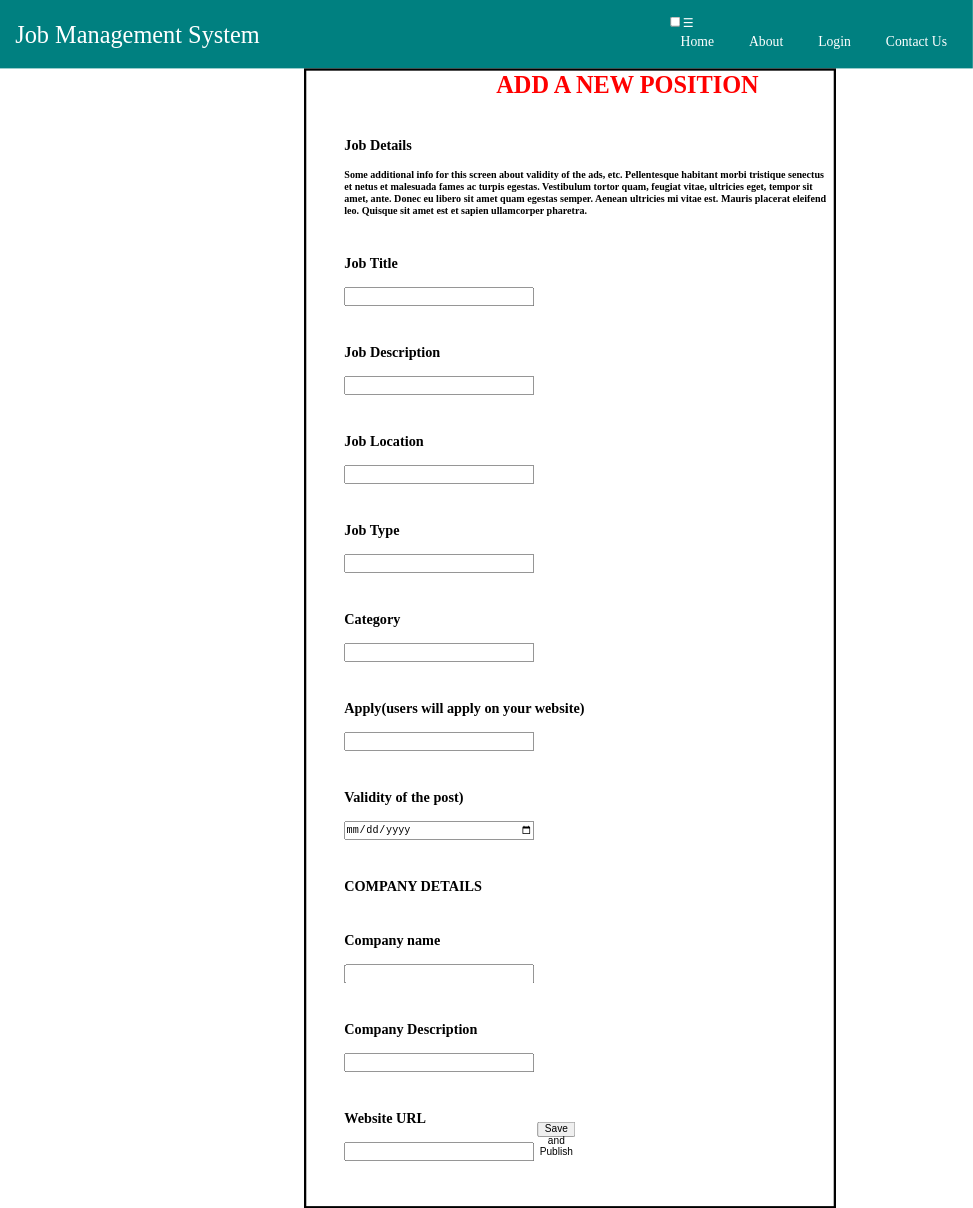
Repository: PrinceKumawat1109/JFSD
Page: http://localhost/Job-management/newposition.jsp
These files come from the project's save history. The page is drawn as it stood at one moment and after the next save; the edit follows.
The browser window is 1280 px wide. The pictures show the whole page, at 76% of full size.
The page is served by Tomcat 9. Other server files are loaded and not shown.

Above is the page before, as saved 2022-10-29 21:43:10.

### Job-management/src/main/webapp/newposition.jsp
<%@ page language="java" contentType="text/html; charset=UTF-8"
    pageEncoding="UTF-8"%>
<!DOCTYPE html>
<html>
<head>
<meta charset="UTF-8">
<title>New Position</title>
<jsp:include page="navbar2.jsp" />
<style>
.card{
height: 1500px;
width: 700px;
border-style: solid;
margin-left: 400px;
}

</style>
</head>
<body>
<div class="card">
<h1 style=" color: red; margin-left: 250px;">ADD A NEW POSITION</h1>
	<h3 style="margin-left: 50px; margin-top: 50px;">Job Details</h3>
	<h5 style="margin-left: 50px; margin-top: 20px;">Some additional info for this screen about validity of the ads, etc. Pellentesque habitant morbi tristique senectus et netus et malesuada fames ac turpis egestas. Vestibulum tortor quam, feugiat vitae, ultricies eget, tempor sit amet, ante. Donec eu libero sit amet quam egestas semper. Aenean ultricies mi vitae est. Mauris placerat eleifend leo. Quisque sit amet est et sapien ullamcorper pharetra.</h5>
	<h3 style="margin-left: 50px; margin-top: 50px;">Job Title</h3>
	<input style="margin-left: 50px; margin-top: 20px; height: 25px; width: 250px;" type="text" id="t1"/>


	<h3 style="margin-left: 50px; margin-top: 50px;">Job Description</h3>
	<input style="margin-left: 50px; margin-top: 20px; height: 25px; width: 250px;" type="text" id="t2"/>


	<h3 style="margin-left: 50px; margin-top: 50px;">Job Location</h3>
	<input style="margin-left: 50px; margin-top: 20px; height: 25px; width: 250px;" type="text" id="t3"/>
	<h3 style="margin-left: 50px; margin-top: 50px;">Job Type</h3>
	<input style="margin-left: 50px; margin-top: 20px; height: 25px; width: 250px;" type="text" id="t4"/>
	<h3 style="margin-left: 50px; margin-top: 50px;">Category</h3>
	<input style="margin-left: 50px; margin-top: 20px; height: 25px; width: 250px;" type="text" id="t5"/>
	<h3 style="margin-left: 50px; margin-top: 50px;">Apply(users will apply on your website)</h3>
	<input style="margin-left: 50px; margin-top: 20px; height: 25px; width: 250px;" type="text" id="t6"/>
	<h3 style="margin-left: 50px; margin-top: 50px;">Validity of the post)</h3>
	<input style="margin-left: 50px; margin-top: 20px; height: 25px; width: 250px;" type="date" id="t7"/>
	<h3 style="margin-left: 50px; margin-top: 50px;">COMPANY DETAILS</h3>
	<h3 style="margin-left: 50px; margin-top: 50px;">Company name</h3>
	<input style="margin-left: 50px; margin-top: 20px; height: 25px; width: 250px;" type="text" id="t8"/>
	<h3 style="margin-left: 50px; margin-top: 50px;">Company Description</h3>
	<input style="margin-left: 50px; margin-top: 20px; height: 25px; width: 250px;" type="text" id="t9"/>
	<h3 style="margin-left: 50px; margin-top: 50px;">Website URL</h3>
	<input style="margin-left: 50px; margin-top: 20px; height: 25px; width: 250px;" type="text" id="t10"/>
	<button style="height: 20px; width: 50px; margin-top: -10px;" onclick="save1()">Save and Publish</button>
	</div>
	<!--<h2>ADD A NEW POSTION</h2>
	<h4>Job Details</h4>
	<p>Some additional info for this screen about validity of the ads, etc. Pellentesque habitant morbi tristique senectus et netus et malesuada fames ac turpis egestas. Vestibulum tortor quam, feugiat vitae, ultricies eget, tempor sit amet, ante. Donec eu libero sit amet quam egestas semper. Aenean ultricies mi vitae est. Mauris placerat eleifend leo. Quisque sit amet est et sapien ullamcorper pharetra.</p>
	<h5>Job Title</h5>
	<input type="text" id="t1"/>
	<h5>Job Description</h5>
	<input type="text" id="t2"/>
	<h5>Job Location</h5>
	<input type="text" id="t3"/>
	<h5>Job Type</h5>
	<input type="text" id="t4"/>
	<h5>Category</h5>
	<input type="text" id="t5"/>
	<h5>Apply(users will apply on your website)</h5>
	<input type="text" id="t6"/>
	<h5>Validity of the post</h5>
	<input type="date" id="t7"/>
	<h5>COMPANY DETAILS</h5>
	<h6>Company name</h6>
	<input type="text" id="t8"/>
	<h6>Company Description</h6>
	<input type="text" id="t9"/>
	<h6>Website</h6>
	<input type="text" id="t10"/>
	<input type="checkbox" id="t11">
	<p> I agree with the Terms and conditions.</p>-->
	<script type="text/javascript">
function save1()
{
	var xhtml = new XMLHttpRequest();
	var url = "http://localhost:8080/api/new/register/";
	xhtml.open("POST", url, true);
	xhtml.setRequestHeader('Content-Type','application/json');

	var t1 = document.getElementById("t1");
	var t2 = document.getElementById("t2");
	var t3 = document.getElementById("t3");
	var t4 = document.getElementById("t4");
	var t5 = document.getElementById("t5");
	var t6 = document.getElementById("t6");
	var t7 = document.getElementById("t7");
	var t8 = document.getElementById("t8");
	var t9 = document.getElementById("t9");
	var t10 = document.getElementById("t10");

	xhtml.send(JSON.stringify({
		jobtitle : t1.value,
		jobdes : t2.value,
		loc : t3.value,
		type : t4.value,
		category : t5.value,
		url : t6.value,
		date : t7.value,
		comname : t8.value,
		comdes : t9.value,
		website : t10.value
	}));

	xhtml.onreadystatechange = function()
	{
		if(this.readyState == 4 && this.status == 200)
			lbl.innerText = this.responseText;
			window.location="http://localhost:8080/dashboard.jsp";
	};
}
</script>
</body>
</html>

### Job-management/src/main/webapp/navbar2.jsp
<!DOCTYPE html>
<html lang="en">
 <head>
   <meta charset="UTF-8" />
   <meta http-equiv="X-UA-Compatible" content="IE=edge" />
   <meta name="viewport" content="width=device-width, initial-scale=1.0" />
   <style>

    /* UTILITIES */
* {
 margin: 0;
 padding: 0;
 box-sizing: border-box;
}
body {
 font-family: cursive;
}
a {
 text-decoration: none;
}
li {
 list-style: none;
}

/* NAVBAR STYLING STARTS */
.navbar {
 display: flex;
 align-items: center;
 justify-content: space-between;
 padding: 20px;
 background-color: teal;
 color: #fff;
}
.nav-links a {
 color: #fff;
}
/* LOGO */
.logo {
 font-size: 32px;
}
/* NAVBAR MENU */
.menu {
 display: flex;
 gap: 1em;
 font-size: 18px;
}
.menu li:hover {
 background-color: #4c9e9e;
 border-radius: 5px;
 transition: 0.3s ease;
}
.menu li {
 padding: 5px 14px;
}
/* DROPDOWN MENU */
.services {
 position: relative;
}
.dropdown {
 background-color: rgb(1, 139, 139);
 padding: 1em 0;
 position: absolute; /*WITH RESPECT TO PARENT*/
 display: none;
 border-radius: 8px;
 top: 35px;
}
.dropdown li + li {
 margin-top: 10px;
}
.dropdown li {
 padding: 0.5em 1em;
 width: 8em;
 text-align: center;
}
.dropdown li:hover {
 background-color: #4c9e9e;
}
.services:hover .dropdown {
 display: block;
}
   </style>
   <title>Document</title>
 </head>
 <body>
   <nav class="navbar">
     <!-- LOGO -->
     <div class="logo">Job Management System</div>
     <!-- NAVIGATION MENU -->
     <ul class="nav-links">
       <!-- USING CHECKBOX HACK -->
       <input type="checkbox" id="checkbox_toggle" />
       <label for="checkbox_toggle" class="hamburger">&#9776;</label>
       <!-- NAVIGATION MENUS -->
       <div class="menu">
         <li><a href="/">Home</a></li>
         <li><a href="/">About</a></li>
         <li class="services">
           <a href="/">Login</a>
           <!-- DROPDOWN MENU -->
           <ul class="dropdown">
             <li><a href="dashboard.jsp">DASHBOARD </a></li>
             <li><a href="applicants.jsp">APPLICANTS</a></li>
             <li><a href="newposition.jsp">POST A NEW JOB</a></li>
             <li><a href="https://rzp.io/i/k9xa2LhReQ">PAYMENT</a></li>
             <li><a href="index.jsp">LOGOUT</a></li>
           </ul>
         </li>
         <li><a href="/">Contact Us</a></li>
       </div>
     </ul>
   </nav>
 </body>
</html>

After the next save:
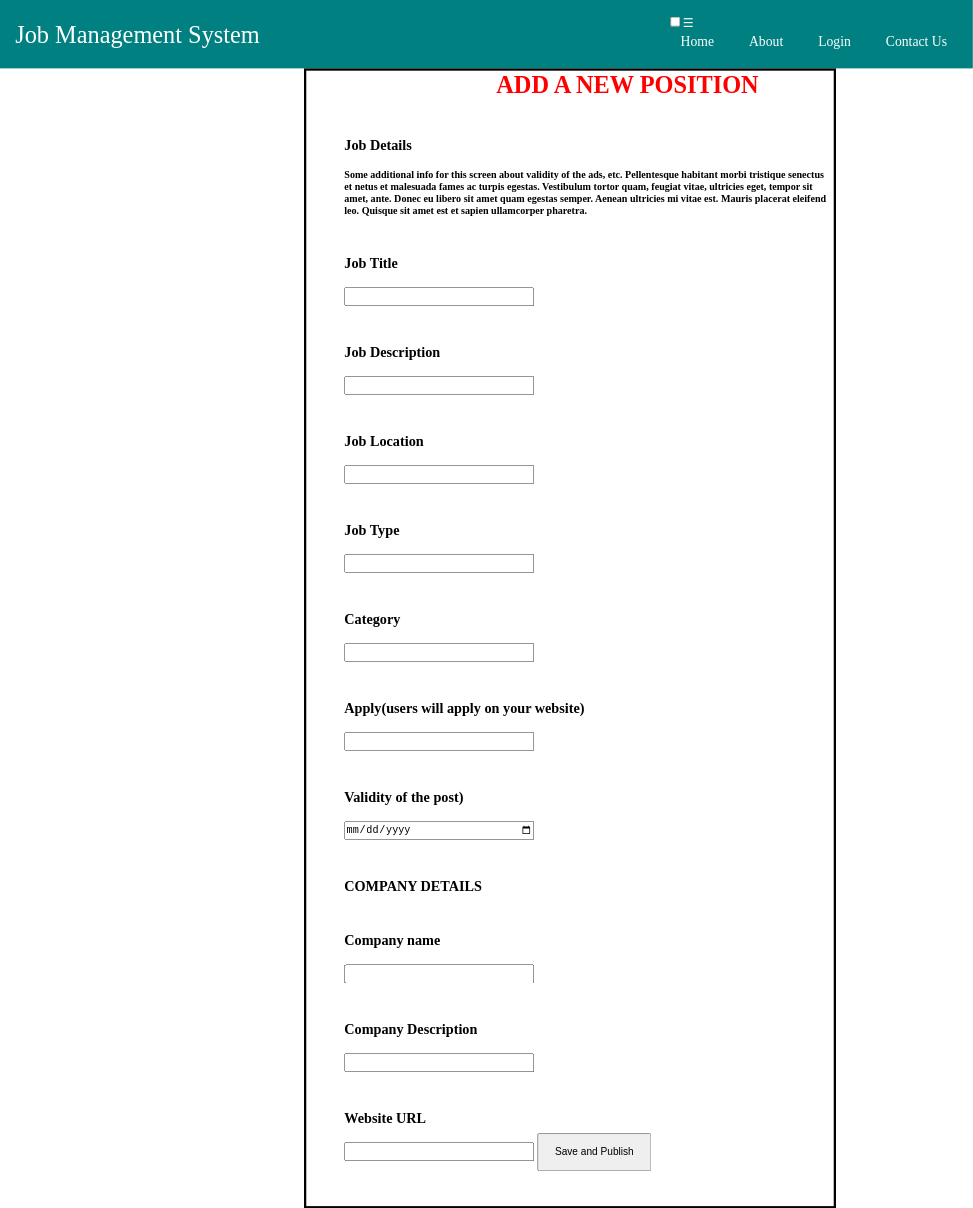
Saved 14 s later.
--- a/Job-management/src/main/webapp/newposition.jsp
+++ b/Job-management/src/main/webapp/newposition.jsp
@@ -46,7 +46,7 @@ margin-left: 400px;
 	<input style="margin-left: 50px; margin-top: 20px; height: 25px; width: 250px;" type="text" id="t9"/>
 	<h3 style="margin-left: 50px; margin-top: 50px;">Website URL</h3>
 	<input style="margin-left: 50px; margin-top: 20px; height: 25px; width: 250px;" type="text" id="t10"/>
-	<button style="height: 20px; width: 50px; margin-top: -10px;" onclick="save1()">Save and Publish</button>
+	<button style="height: 50px; width: 150px; margin-top: -10px;" onclick="save1()">Save and Publish</button>
 	</div>
 	<!--<h2>ADD A NEW POSTION</h2>
 	<h4>Job Details</h4>
